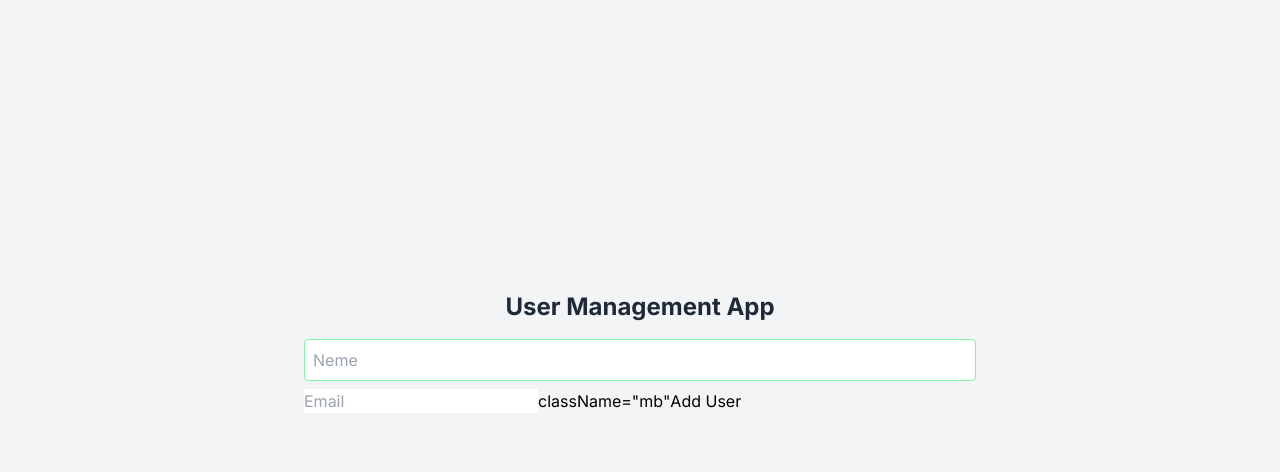
Repository: satoshi-create/next-express
Page: / (app in frontend/)
These files come from the project's save history. The page is drawn as it stood at one moment and after a run of saves; the edit follows.
The browser window is 1280 px wide. The pictures show the whole page.
The page's requests for data from a server got no answer. The project was rebuilt for these pictures with package versions that can differ from the ones it lists, and the page was loaded fresh each time. The framework's server and built-in components were replaced by stand-ins that run in the browser. No one was signed in, and anything a server would have sent is missing. Also part of the build but not shown: frontend/next.config.js, frontend/next.config.mjs, frontend/app/ui/CardComponent.tsx.

Above is the page before, as saved 2024-02-12 23:23:06.

After the next 2 saves:
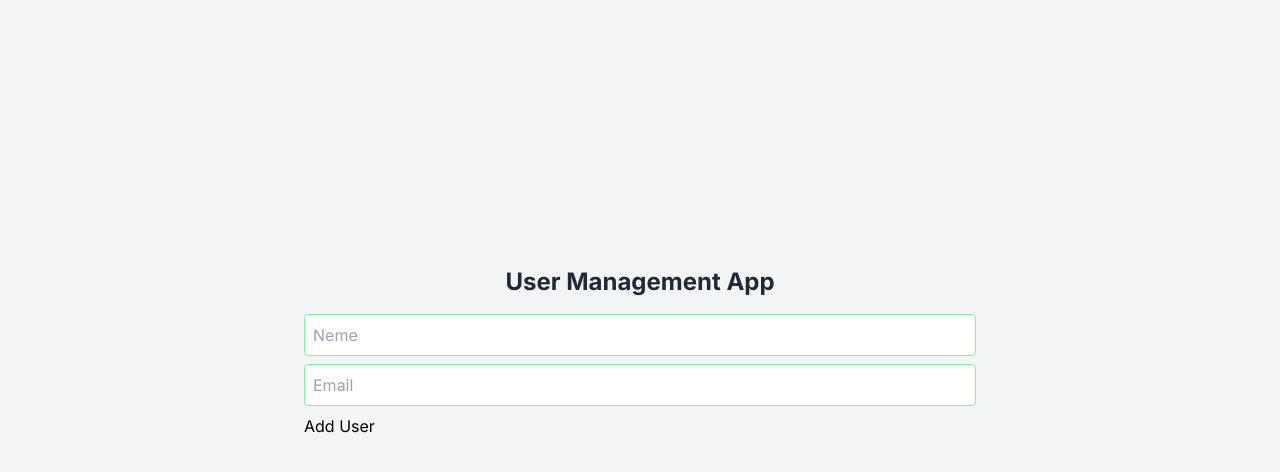
The 2 saves are shown as one change because they came seconds apart.
The last was saved 9 s later.
--- a/frontend/app/page.tsx
+++ b/frontend/app/page.tsx
@@ -87,8 +87,12 @@ const Page = () => {
             onChange={(e) => setNewUser({ ...newUser, name: e.target.value })}
             className="mb-2 w-full p-2 border border-green-300 rounded"
           />
-          <input placeholder="Email" value={newUser.email} onChange={(e) => setNewUser({...newUser,email:e.target.value})} />
-          className="mb"
+          <input
+            placeholder="Email"
+            value={newUser.email}
+            onChange={(e) => setNewUser({ ...newUser, email: e.target.value })}
+            className="mb-2 w-full p-2 border border-green-300 rounded"
+          />
           <button>Add User</button>
         </form>
         {/* Display users */}
